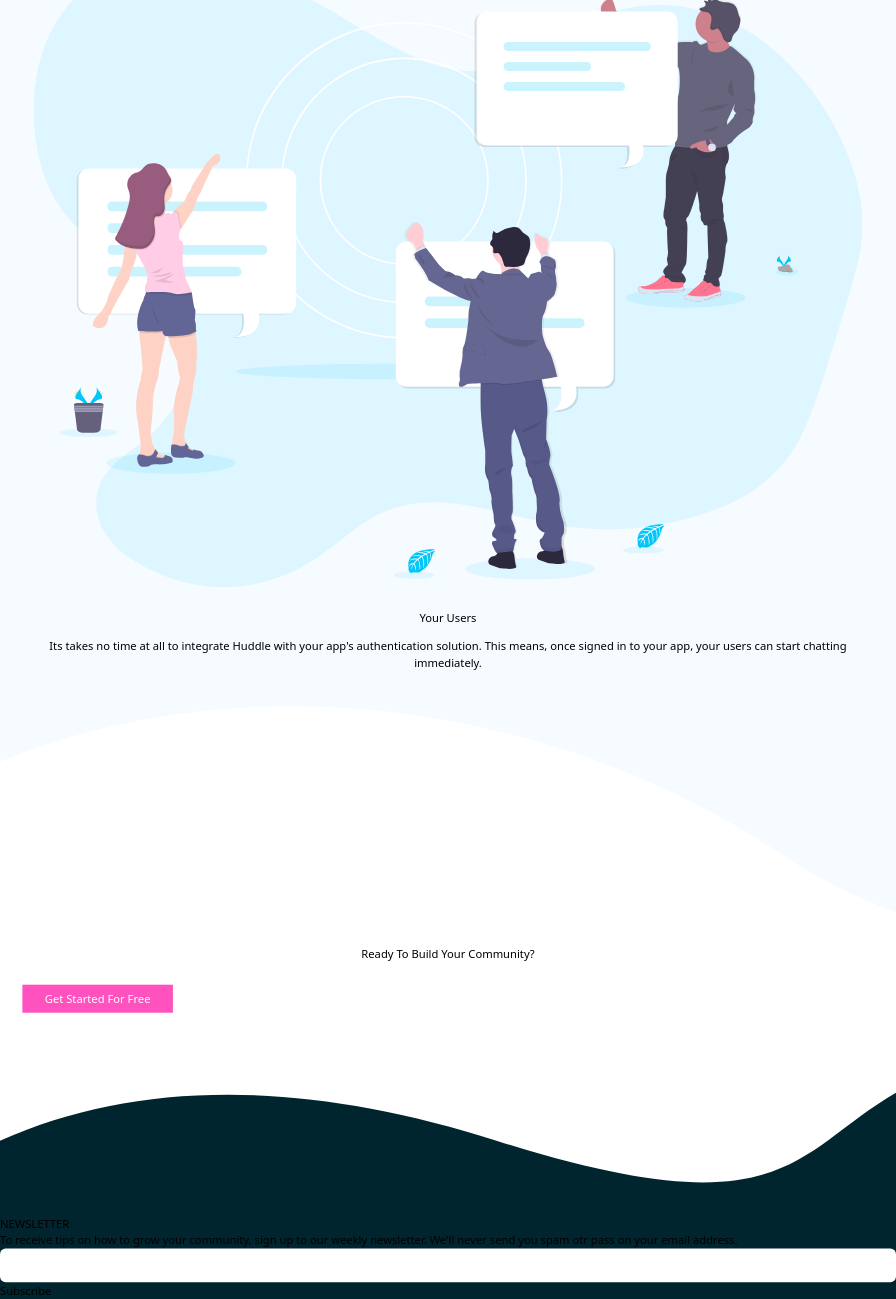
Repository: nivrii/huddle-landing-page-with-curved-sections-master
Page: /
An editor plug-in stored every save of this project. The page is shown before and after the next save, followed by the edit.
The browser window is 1280 px wide. The pictures show the part of the page from y = 4444 to 6364 px (the page is 6300 px tall before and 6364 px after), at 70% of full size.
The project was rebuilt for these pictures with package versions that can differ from the ones it lists, and the page was loaded fresh each time. Also part of the build but not shown: vite.config.js.

Above is the page before, as saved 2024-04-04 19:26:50.

After the next save:
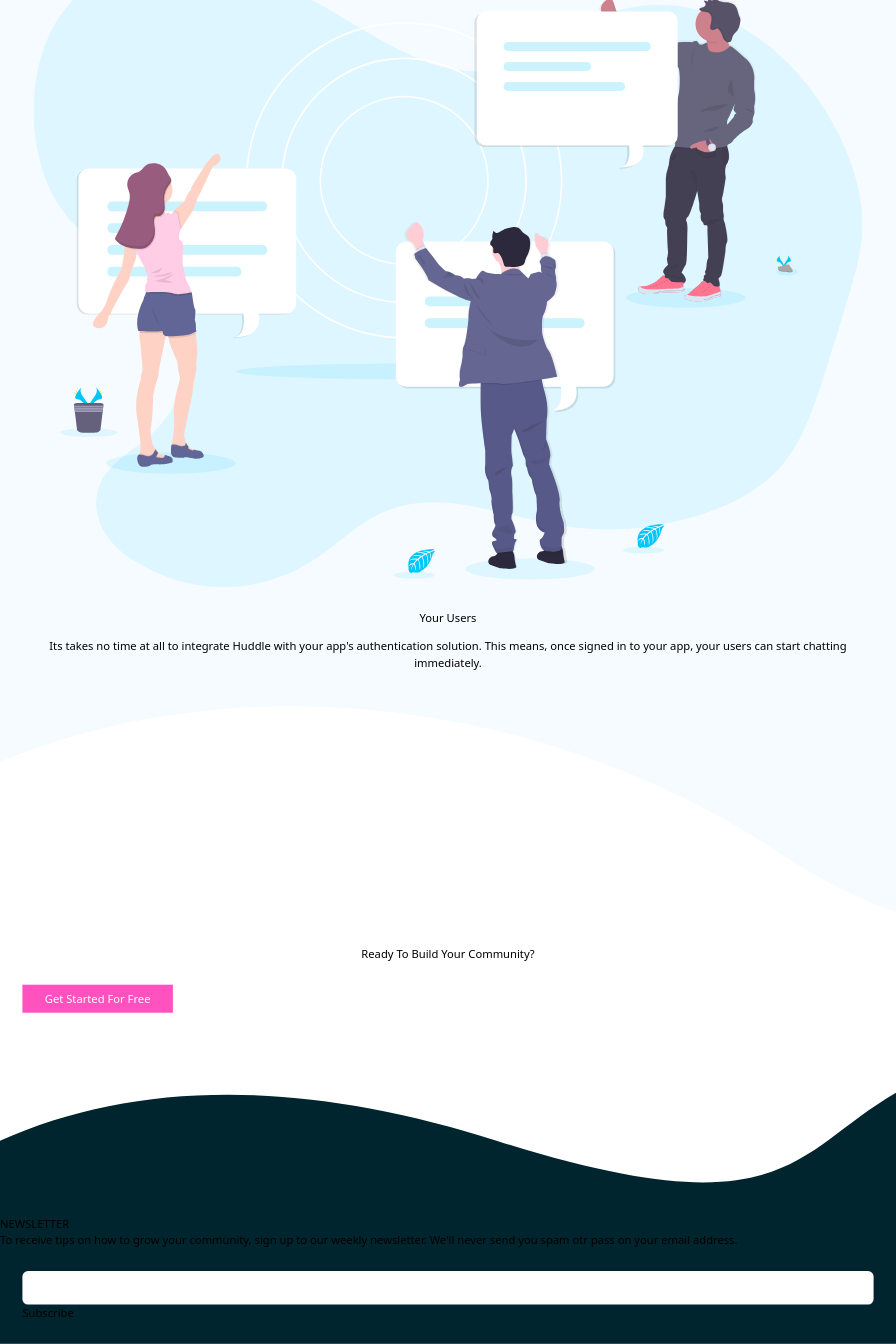
Saved 25 s later.
--- a/src/App.jsx
+++ b/src/App.jsx
@@ -131,7 +131,7 @@
           <h1>NEWSLETTER</h1>
           <p>To receive tips on how to grow your community, sign up to our weekly newsletter. We&apos;ll never send you spam otr pass on your email address.</p>
         </div>
-        <div>
+        <div className="p-8">
           <input type="text" className="w-full rounded-lg h-12"/>
           <input type="button" value="Subscribe" />
         </div>
